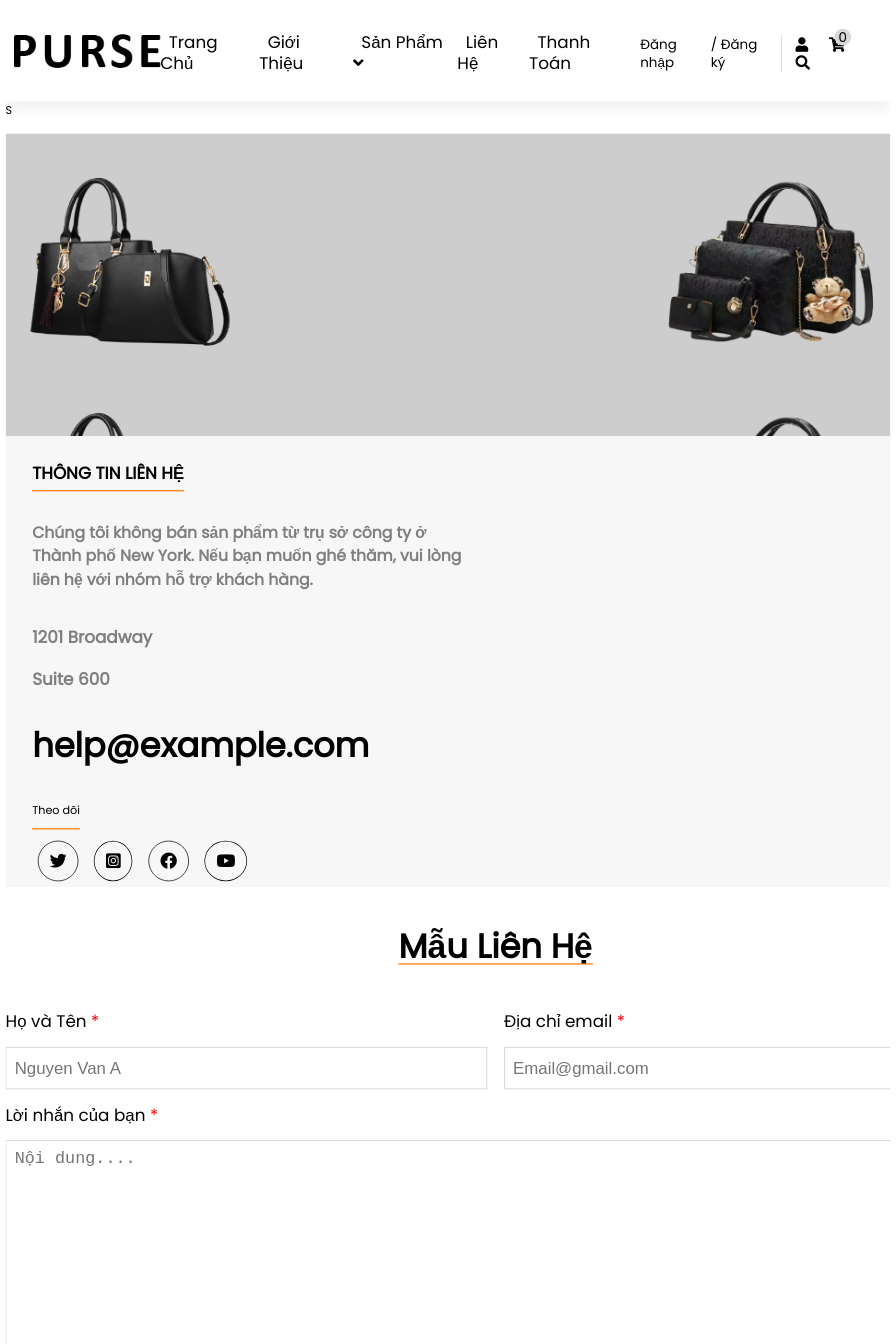
Repository: minh352623/project_firebase
Page: contact.html
These files come from the project's save history. The page is drawn as it stood at one moment and after the next save; the edit follows.
The browser window is 1280 px wide. The pictures show the part of the page from y = 0 to 1920 px (the page is 2952 px tall), at 70% of full size.
Some web libraries are served in a nearby version.

Above is the page before, as saved 2022-05-12 20:03:19.

After the next save:
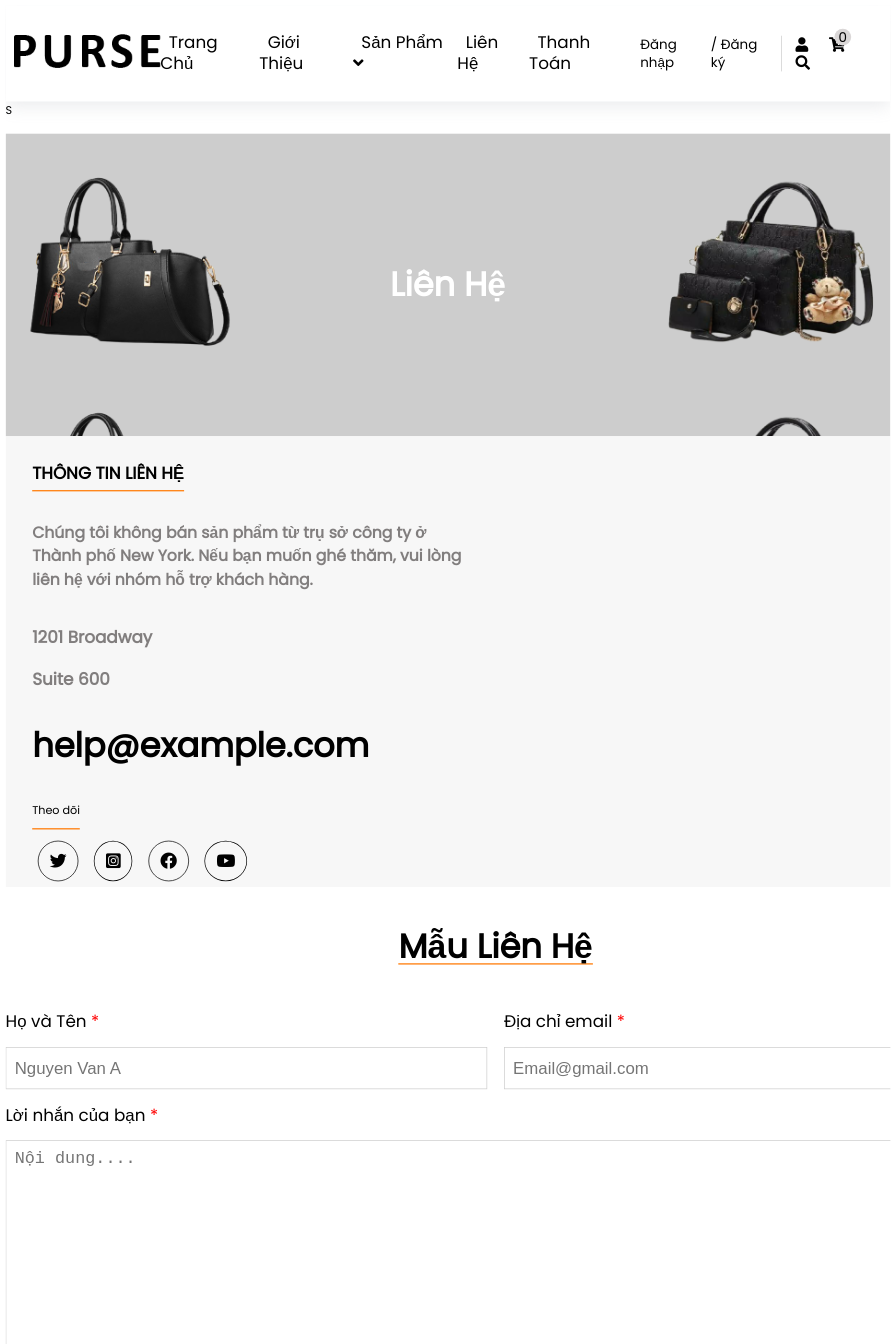
Saved 8 s later.
--- a/contact.html
+++ b/contact.html
@@ -94,7 +94,7 @@
 
     <div class="main">
       <div class="contact-banner">
-        <h2 class="contact-title"
+        <h2 class="contact-title">
           Liên Hệ
         </h2>
         <div class="contact-link none">
